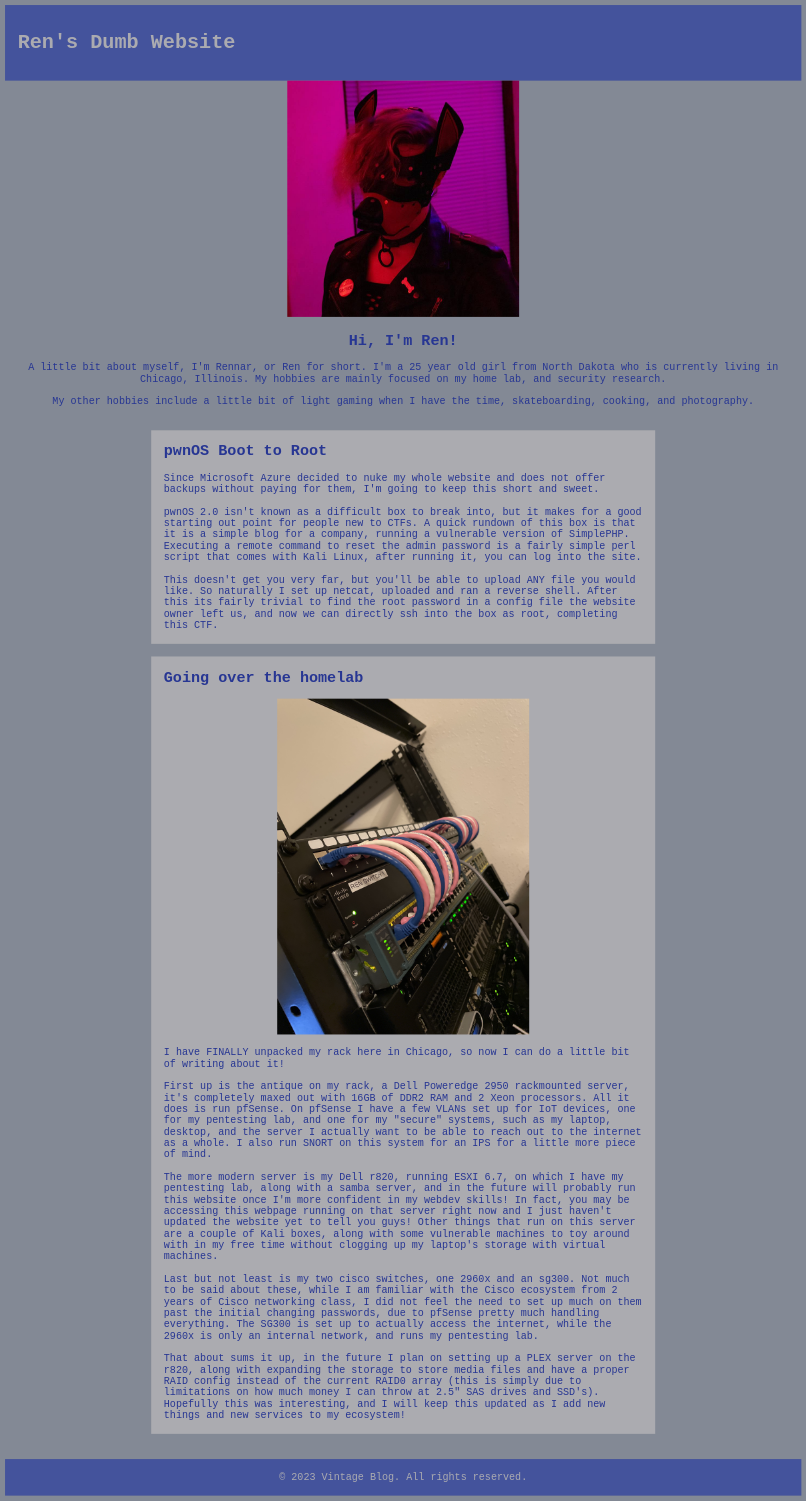
Repository: RennarDeer/RenDev
Page: index.html
These files come from the project's save history. The page is drawn as it stood at one moment and after the next save; the edit follows.
The browser window is 1280 px wide. The pictures show the whole page, at 63% of full size.

Above is the page before, as saved 2023-02-14 22:32:15.

### index.html
<!DOCTYPE html>
<html>
  <head>
    <title>Rennar's Website</title>
    <link rel="stylesheet" type="text/css" href="style.css">
  </head>
  <body>
    <header>
      <h1>Ren's Dumb Website</h1>

    </header>
     <!-- "About" section -->
     <section id="about" class="intro">
        <!--Replace with your own image-->
        <center><img src="renpic.JPG"
            alt="RennarPicture" height=375px;>
        <h2 class="section-title">Hi, I'm Ren!</h2>
        <p>
            A little bit about myself, I'm Rennar, or Ren for short. I'm a 25 year old girl from North Dakota
            who is currently living in Chicago, Illinois. My hobbies are mainly focused on my home lab, and security research.
            <br><br>
            My other hobbies include a little bit of light gaming when I have the time, skateboarding, cooking, and photography.</center>
	</p>
    </section>
    <main>
      <article>
        <h2>pwnOS Boot to Root</h2>

        Since Microsoft Azure decided to nuke my whole website and does not offer backups without
        paying for them, I'm going to keep this short and sweet.

            <br><br>

        pwnOS 2.0 isn't known as a difficult box to break into, but it makes for a good starting out
        point for people new to CTFs. A quick rundown of this box is that it is a simple blog for a
        company, running a vulnerable version of SimplePHP. Executing a remote command to reset
        the admin password is a fairly simple perl script that comes with Kali Linux, after running it,
        you can log into the site.

            <br><br>

        This doesn't get you very far, but you'll be able to upload ANY file
        you would like. So naturally I set up netcat, uploaded and ran a reverse shell. After this its
        fairly trivial to find the root password in a config file the website owner left us, and now
        we can directly ssh into the box as root, completing this CTF.
      </article>
      <article>
        <h2>Going over the homelab</h2>
                        <left><img src="rackpic.JPG" alt="RensRack"></left>

                        I have FINALLY unpacked my rack here in Chicago, so now I can do a little bit of writing about it!

                            <br><br>


                        First up is the antique on my rack, a Dell Poweredge 2950 rackmounted server, it's completely
                        maxed out with 16GB of DDR2 RAM and 2 Xeon processors. All it does is run pfSense. On pfSense
                        I have a few VLANs set up for IoT devices, one for my pentesting lab, and one for my "secure"
                        systems, such as my laptop, desktop, and the server I actually want to be able to reach out
                        to the internet as a whole. I also run SNORT on this system for an IPS for a little more piece
                        of mind.

                            <br><br>

                        The more modern server is my Dell r820, running ESXI 6.7, on which I have my pentesting lab,
                        along with a samba server, and in the future will probably run this website once I'm more confident
                        in my webdev skills! In fact, you may be accessing this webpage running on that server right now and
                        I just haven't updated the website yet to tell you guys! Other things that run on this server are a
                        couple of Kali boxes, along with some vulnerable machines to toy around with in my free time without
                        clogging up my laptop's storage with virtual machines.

                            <br><br>

                        Last but not least is my two cisco switches, one 2960x and an sg300. Not much to be said about these,
                        while I am familiar with the Cisco ecosystem from 2 years of Cisco networking class, I did not feel
                        the need to set up much on them past the initial changing passwords, due to pfSense pretty much handling
                        everything. The SG300 is set up to actually access the internet, while the 2960x is only an internal
                        network, and runs my pentesting lab.

                            <br><br>

                        That about sums it up, in the future I plan on setting up a PLEX server on the r820, along with expanding
                        the storage to store media files and have a proper RAID config instead of the current RAID0 array (this is
                        simply due to limitations on how much money I can throw at 2.5" SAS drives and SSD's). Hopefully this was
                        interesting, and I will keep this updated as I add new things and new services to my ecosystem!

      </article>
    </main>
    <footer>
      &copy; 2023 Vintage Blog. All rights reserved.
    </footer>
  </body>
</html>

### style.css
body {
    background-color: #838995;
    color: #273693;
    font-family: "Courier New", Courier, monospace;
    font-size: 16px;
  }

  header {
    background-color: #44539c;
    color: #ababb0;
    padding: 20px;
    display: flex;
    justify-content: space-between;
    align-items: center;
  }

  nav ul {
    list-style: none;
    margin: 0;
    padding: 0;
    display: flex;
  }

  nav ul li {
    margin: 0 10px;
  }

  nav ul li a {
    color: #ababb0;
    text-decoration: none;
  }

  main {
    max-width: 800px;
    margin: 0 auto;
    padding: 20px;
  }

  article {
    background-color: #ababb0;
    padding: 20px;
    margin-bottom: 20px;
  }

  article h2 {
    color: #273693;
    font-size: 24px;
    margin-top: 0;
  }

  article img {
    display: block;
    margin: 20px auto;
    width: 400px;
    height: auto;
  }

  footer {
    background-color: #44539c;
    color: #ababb0;
    padding: 20px;
    text-align: center;
  }

After the next save:
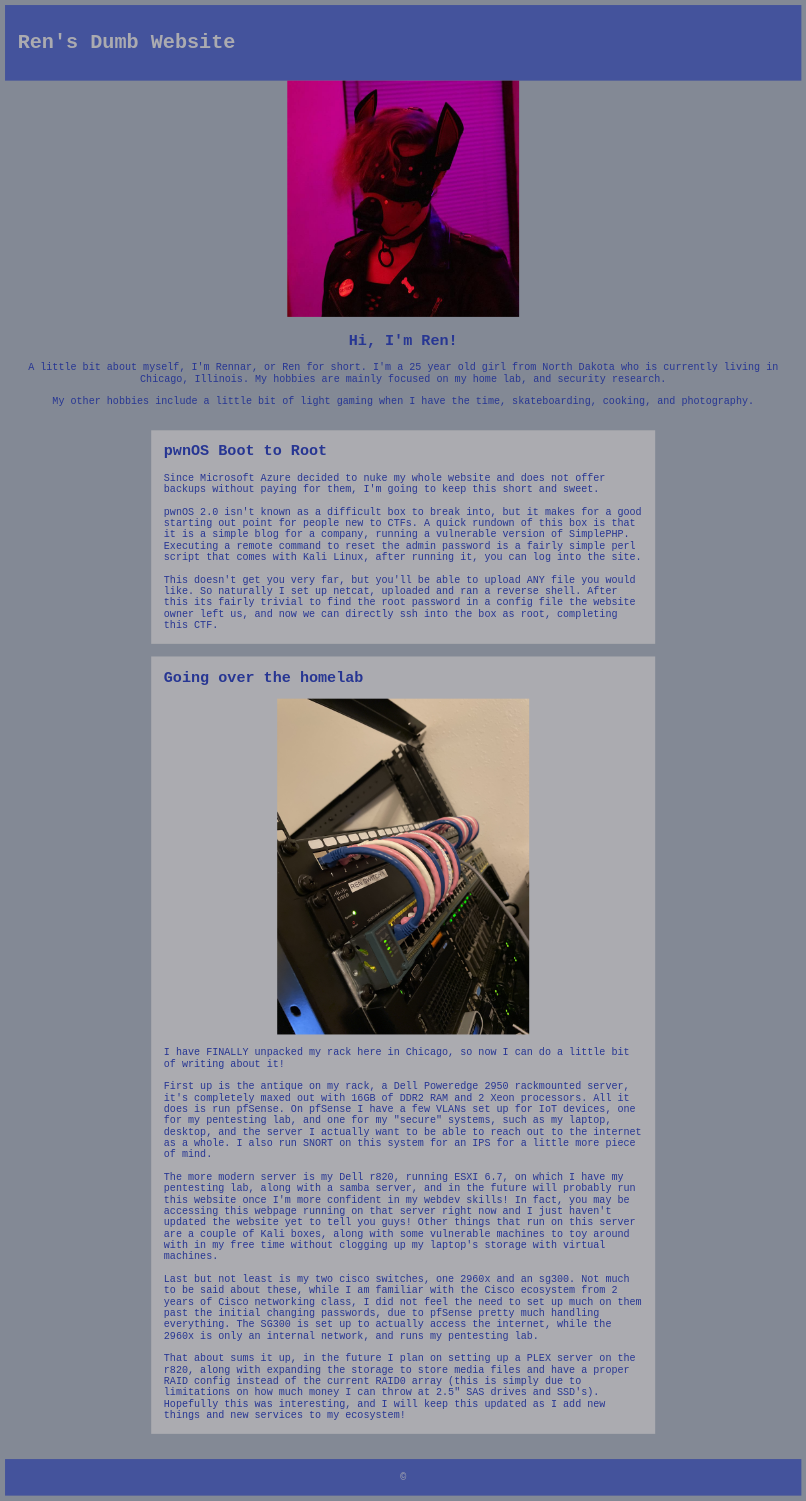
Saved 3 min 53 s later.
--- a/index.html
+++ b/index.html
@@ -87,7 +87,7 @@
       </article>
     </main>
     <footer>
-      &copy; 2023 Vintage Blog. All rights reserved.
+      &copy;
     </footer>
   </body>
 </html>
